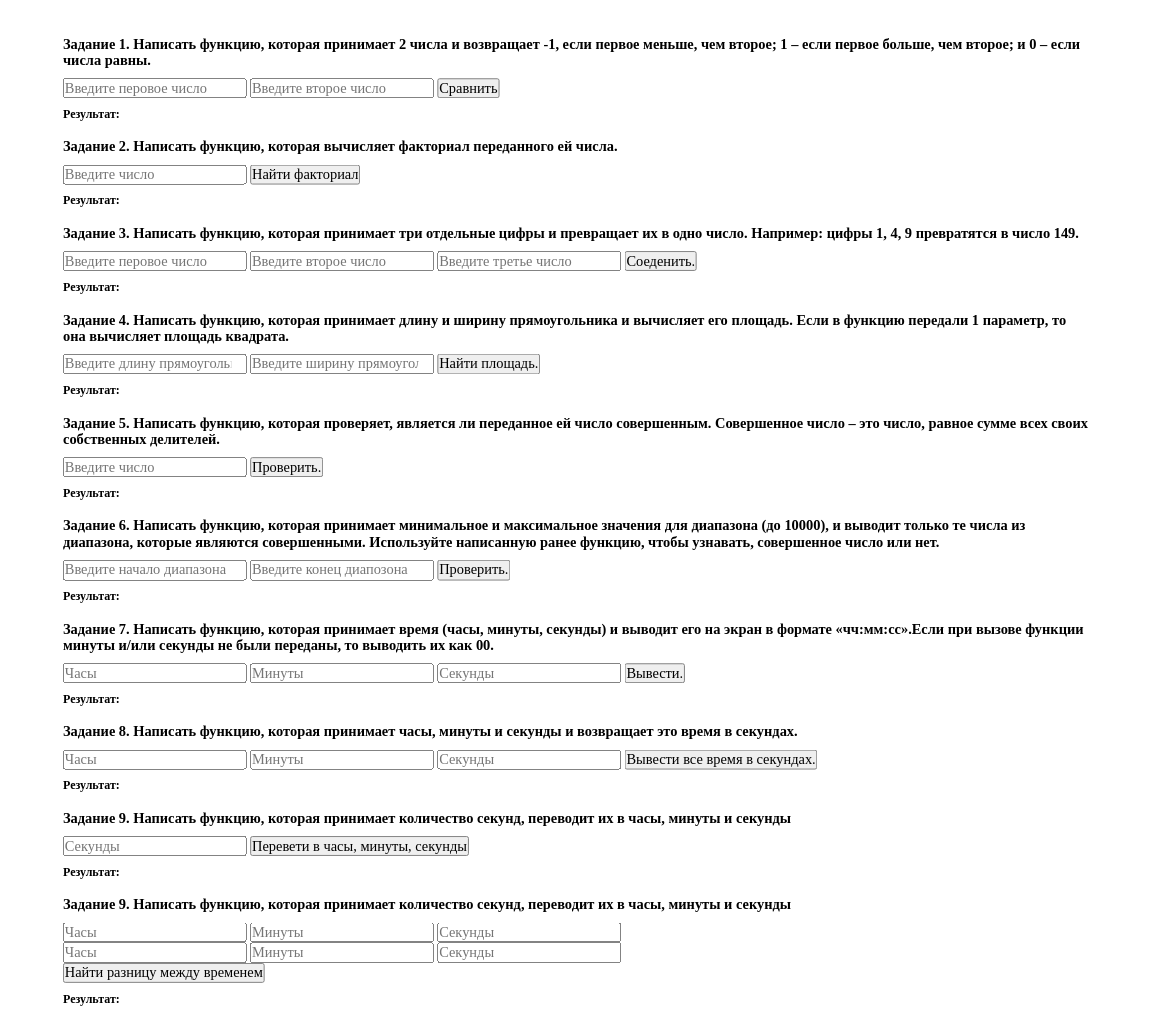
Repository: NastyaGavrilova/Beetroot-js
Page: HW3/index.html
An editor plug-in stored every save of this project. The page is shown before and after the next save, followed by the edit.
The browser window is 1280 px wide. The pictures show the whole page, at 90% of full size.

Above is the page before, as saved 2021-10-18 18:39:22.

### HW3/index.html
<!DOCTYPE html>
<html lang="en">
  <head>
    <meta charset="UTF-8" />
    <meta http-equiv="X-UA-Compatible" content="IE=edge" />
    <meta name="viewport" content="width=device-width, initial-scale=1.0" />
    <link
      rel="stylesheet"
      href="https://cdnjs.cloudflare.com/ajax/libs/normalize/8.0.1/normalize.min.css"
      integrity="sha512-NhSC1YmyruXifcj/KFRWoC561YpHpc5Jtzgvbuzx5VozKpWvQ+4nXhPdFgmx8xqexRcpAglTj9sIBWINXa8x5w=="
      crossorigin="anonymous"
      referrerpolicy="no-referrer"
    />
    <link rel="stylesheet" href="./index.css" />
    <title>Functions</title>
  </head>
  <body>
    <section class="c-task-one">
      <h4 class="c-task-one__title c-title">
        Задание 1. Написать функцию, которая принимает 2 числа и возвращает -1,
        если первое меньше, чем второе; 1 – если первое больше, чем второе; и 0
        – если числа равны.
      </h4>
      <form
        action="#"
        method="post"
        class="c-task-one__form c-form"
        id="js-task1-form"
      >
        <input
          type="number"
          id="js-task1-input1"
          placeholder="Введите перовое число"
        />
        <input
          type="number"
          id="js-task1-input2"
          placeholder="Введите второе число"
        />
        <button id="js-task1-btn">Сравнить</button>
      </form>
      <h5>Результат: <span id="js-task1-span"></span></h5>
    </section>

    <section class="c-task-two c-tasks">
      <h4 class="c-task-two__title c-title">
        Задание 2. Написать функцию, которая вычисляет факториал переданного ей
        числа.
      </h4>
      <form
        action="#"
        method="post"
        class="c-task-two__form c-form"
        id="js-task2-form"
      >
        <input type="number" id="js-task2-input1" placeholder="Введите число" />
        <button id="js-task2-btn">Найти факториал</button>
      </form>
      <h5>Результат: <span id="js-task2-span"></span></h5>
    </section>

    <section class="c-task-three c-tasks">
      <h4 class="c-task-third__title c-title">
        Задание 3. Написать функцию, которая принимает три отдельные цифры и
        превращает их в одно число. Например: цифры 1, 4, 9 превратятся в число
        149.
      </h4>
      <form
        action="#"
        method="post"
        class="c-task-two__form c-form"
        id="js-task3-form c-form"
      >
        <input
          type="number"
          id="js-task3-input1"
          placeholder="Введите перовое число"
        />
        <input
          type="number"
          id="js-task3-input2"
          placeholder="Введите второе число"
        />
        <input
          type="number"
          id="js-task3-input3"
          placeholder="Введите третье число"
        />
        <button id="js-task3-btn">Соеденить.</button>
      </form>
      <h5>Результат: <span id="js-task3-span"></span></h5>
    </section>

    <section class="c-task-four c-tasks">
      <h4 class="c-task-four__title c-title">
        Задание 4. Написать функцию, которая принимает длину и ширину
        прямоугольника и вычисляет его площадь. Если в функцию передали 1
        параметр, то она вычисляет площадь квадрата.
      </h4>
      <form
        action="#"
        method="post"
        class="c-task-four__form c-form"
        id="js-task4-form"
      >
        <input
          type="number"
          id="js-task4-input1"
          placeholder="Введите длину прямоугольника"
        />
        <input
          type="number"
          id="js-task4-input2"
          placeholder="Введите ширину прямоугольника"
        />
        <button id="js-task4-btn">Найти площадь.</button>
      </form>
      <h5>Результат: <span id="js-task4-span"></span></h5>
    </section>

    <section class="c-task-five c-tasks">
      <h4 class="c-task-five__title c-title">
        Задание 5. Написать функцию, которая проверяет, является ли переданное
        ей число совершенным. Совершенное число – это число, равное сумме всех
        своих собственных делителей.
      </h4>
      <form
        action="#"
        method="post"
        class="c-task-five__form c-form"
        id="js-task5-form"
      >
        <input type="number" id="js-task5-input1" placeholder="Введите число" />
        <button id="js-task5-btn">Проверить.</button>
      </form>
      <h5>Результат: <span id="js-task5-span"></span></h5>
    </section>

    <section class="c-task-six c-tasks">
      <h4 class="c-task-six__title c-title">
        Задание 6. Написать функцию, которая принимает минимальное и
        максимальное значения для диапазона (до 10000), и выводит только те
        числа из диапазона, которые являются совершенными. Используйте
        написанную ранее функцию, чтобы узнавать, совершенное число или нет.
      </h4>
      <form
        action="#"
        method="post"
        class="c-task-six__form c-form"
        id="js-task6-form"
      >
        <input
          type="number"
          id="js-task6-input1"
          placeholder="Введите начало диапазона"
        />
        <input
          type="number"
          id="js-task6-input2"
          placeholder="Введите конец диапозона"
        />
        <button id="js-task6-btn">Проверить.</button>
      </form>
      <h5>Результат: <span id="js-task6-span"></span></h5>
    </section>

    <section class="c-task-seven c-tasks">
      <h4 class="c-task-seven__title c-title">
        Задание 7. Написать функцию, которая принимает время (часы, минуты,
        секунды) и выводит его на экран в формате «чч:мм:сс».Если при вызове
        функции минуты и/или секунды не были переданы, то выводить их как 00.
      </h4>
      <form
        action="#"
        method="post"
        class="c-task-seven__form c-form"
        id="js-task7-form"
      >
        <input type="number" id="js-task7-input1" placeholder="Часы" />
        <input type="number" id="js-task7-input2" placeholder="Минуты" />
        <input type="number" id="js-task7-input3" placeholder="Секунды" />
        <button id="js-task7-btn">Вывести.</button>
      </form>
      <h5>Результат: <span id="js-task7-span"></span></h5>
    </section>

    <section class="c-task-eight c-tasks">
      <h4 class="c-task-eight__title c-title">
        Задание 8. Написать функцию, которая принимает часы, минуты и секунды и
        возвращает это время в секундах.
      </h4>
      <form
        action="#"
        method="post"
        class="c-task-eight__form c-form"
        id="js-task8-form"
      >
        <input type="number" id="js-task8-input1" placeholder="Часы" />
        <input type="number" id="js-task8-input2" placeholder="Минуты" />
        <input type="number" id="js-task8-input3" placeholder="Секунды" />
        <button id="js-task8-btn">Вывести все время в секундах.</button>
      </form>
      <h5>Результат: <span id="js-task8-span"></span></h5>
    </section>
    <section class="c-task-nine c-tasks">
      <h4 class="c-task-nine__title c-title">
        Задание 9. Написать функцию, которая принимает количество секунд,
        переводит их в часы, минуты и секунды
      </h4>
      <form
        action="#"
        method="post"
        class="c-task-nine__form c-form"
        id="js-task9-form"
      >
        <input type="number" id="js-task9-input1" placeholder="Секунды" />
        <button id="js-task9-btn">Перевети в часы, минуты, секунды</button>
      </form>
      <h5>Результат: <span id="js-task9-span"></span></h5>
    </section>

    <section class="c-task-ten c-tasks">
      <h4 class="c-task-ten__title c-title">
        Задание 9. Написать функцию, которая принимает количество секунд,
        переводит их в часы, минуты и секунды
      </h4>
      <form
        action="#"
        method="post"
        class="c-task-ten__form c-form"
        id="js-task10-form"
      >
        <input type="number" id="js-task10-input1" placeholder="Часы" />
        <input type="number" id="js-task10-input2" placeholder="Минуты" />
        <input type="number" id="js-task10-input3" placeholder="Секунды" />
        <div class="input__wrapper">
          <input type="number" id="js-task10-input4" placeholder="Часы" />
          <input type="number" id="js-task10-input5" placeholder="Минуты" />
          <input type="number" id="js-task10-input6" placeholder="Секунды" />
        </div>

        <button id="js-task10-btn">Найти разницу между временем</button>
      </form>
      <h5>Результат: <span id="js-task10-span"></span></h5>
    </section>
    <script src="./index.js"></script>
  </body>
</html>

### HW3/index.css
* {
  box-sizing: border-box;
  padding: 0;
  margin: 0;
}

body {
  max-width: 1200px;
  margin: 0 auto;
}
.c-task-one {
  padding: 40px 30px 20px 30px;
}

.c-tasks {
  padding: 0 30px 20px 30px;
}
.c-title {
  margin-bottom: 10px;
}
.c-form {
  margin-bottom: 10px;
}
/* #js-task10-form {
  display: flex;
  flex-wrap: wrap;
}

#js-task10-input4 {
} */

### HW3/index.js
// const log = console.log;
// Task 1
let btn1 = document.getElementById("js-task1-btn");
btn1.addEventListener("click", (e) => {
  e.preventDefault();
  let task = document.getElementById("js-task1-input1");
  let task1 = document.getElementById("js-task1-input2");
  let span1 = document.getElementById("js-task1-span");
  let one = 1;
  let minusOne = -1;
  let zero = 0;
  if (task.value < task1.value) {
    return (span1.innerHTML = minusOne);
  } else if (task.value > task1.value) {
    return (span1.innerHTML = one);
  } else if (task.value == task1.value) {
    return (span1.innerHTML = zero);
  }
});

// task 2
let btn2 = document.getElementById("js-task2-btn");
btn2.addEventListener("click", (e) => {
  e.preventDefault();
  let task2 = document.getElementById("js-task2-input1");
  let span2 = document.getElementById("js-task2-span");
  let total = 1;
  for (i = task2.value; i > 1; i--) {
    total *= i;
  }
  return (span2.innerHTML = total);
});

// task 3
let btn3 = document.getElementById("js-task3-btn");
btn3.addEventListener("click", (e) => {
  e.preventDefault();
  let task3 = document.getElementById("js-task3-input1");
  let task3_1 = document.getElementById("js-task3-input2");
  let task3_2 = document.getElementById("js-task3-input3");
  let span3 = document.getElementById("js-task3-span");
  if (isNaN(task3.value, task3_1.value, task3_2.value)) {
    return (span3.innerHTML = "Введеное число не цифра");
  }
  return (span3.innerHTML = `${task3.value}${task3_1.value}${task3_2.value}`);
});

// task 4

let btn4 = document.getElementById("js-task4-btn");
btn4.addEventListener("click", (e) => {
  e.preventDefault();
  let task4 = document.getElementById("js-task4-input1");
  let task4_1 = document.getElementById("js-task4-input2");
  let span4 = document.getElementById("js-task4-span");
  let result;
  if (task4.value != "" && task4_1.value != "") {
    result = task4.value * task4_1.value;
    return (span4.innerHTML = result);
  } else if (task4.value != "" && task4_1.value == "") {
    result = Math.pow(task4.value, 2);
    return (span4.innerHTML = result);
  } else if (task4.value == "" && task4_1.value != "") {
    result = Math.pow(task4_1.value, 2);
    return (span4.innerHTML = result);
  }
});

// task 5

btn5 = document.getElementById("js-task5-btn");
btn5.addEventListener("click", (e) => {
  e.preventDefault();
  let task5 = document.getElementById("js-task5-input1");
  let span5 = document.getElementById("js-task5-span");
  let num = task5.value;
  let sum = 0;
  for (var i = 1; i <= num - 1; i++) {
    if (num % i === 0) {
      sum += i;
    }
  }
  if (sum == num) {
    return (span5.innerHTML = `Число ${num} совершенное`);
  } else {
    return (span5.innerHTML = `Число ${num} не совершенное`);
  }
});

// task 6

let btn6 = document.getElementById("js-task6-btn");
btn6.addEventListener("click", (e) => {
  e.preventDefault();
  let task6 = document.getElementById("js-task6-input1");
  let task6_1 = document.getElementById("js-task6-input2");
  let span6 = document.getElementById("js-task6-span");
  let num6 = task6.value;
  let num6_1 = task6_1.value;
  let result = [];

  for (let i = num6; i < num6_1; i++) {
    sum = 0;
    for (let n = 1; n <= i / 2; n++) {
      if (i % n === 0) sum += n;
    }
    if (i === sum) result.push(i);
  }
  return (span6.innerHTML = result);
});

//task 7

let btn7 = document.getElementById("js-task7-btn");
btn7.addEventListener("click", (e) => {
  e.preventDefault();

  let task7 = document.getElementById("js-task7-input1");
  let task7_1 = document.getElementById("js-task7-input2");
  let task7_2 = document.getElementById("js-task7-input3");
  let span7 = document.getElementById("js-task7-span");

  if (task7.value != "" && task7_1.value != "" && task7_2.value != "") {
    return (span7.innerHTML = `«${task7.value}:${task7_1.value}:${task7_2.value}»`);
  } else if (task7.value != "" && task7_1.value != "" && task7_2.value == "") {
    return (span7.innerHTML = `«${task7.value}:${task7_1.value}:00»`);
  } else if (task7.value != "" && task7_1.value == "" && task7_2.value != "") {
    return (span7.innerHTML = `«${task7.value}:00:${task7_2.value}»`);
  } else if (task7.value != "" && task7_1.value == "" && task7_2.value == "") {
    return (span7.innerHTML = `«${task7.value}:00:00»`);
  }
});

// task 8

let btn8 = document.getElementById("js-task8-btn");
btn8.addEventListener("click", (e) => {
  e.preventDefault();
  let task8 = document.getElementById("js-task8-input1");
  let hour = task8.value;
  let task8_1 = document.getElementById("js-task8-input2");
  let minutes = task8_1.value;
  let task8_2 = document.getElementById("js-task8-input3");
  let sec = task8_2.value;
  let span8 = document.getElementById("js-task8-span");

  let result = hour * 3600 + minutes * 60 + sec * 1;
  console.log(result);
  return (span8.innerHTML = result + " секунд");
});

// 9

let btn9 = document.getElementById("js-task9-btn");
btn9.addEventListener("click", (e) => {
  e.preventDefault();
  let task9 = document.getElementById("js-task9-input1");
  let span9 = document.getElementById("js-task9-span");
  let num9 = Number(task9.value);
  let h = Math.floor(num9 / 3600);
  let m = Math.floor((num9 % 3600) / 60);
  let s = Math.floor((num9 % 3600) % 60);

  let hDisplay = h > 0 ? h + ":" : "";
  let mDisplay = m > 0 ? m + ":" : "";
  let sDisplay = s > 0 ? s : "";

  return (span9.innerHTML = "«" + hDisplay + mDisplay + sDisplay + "»");
});

After the next save:
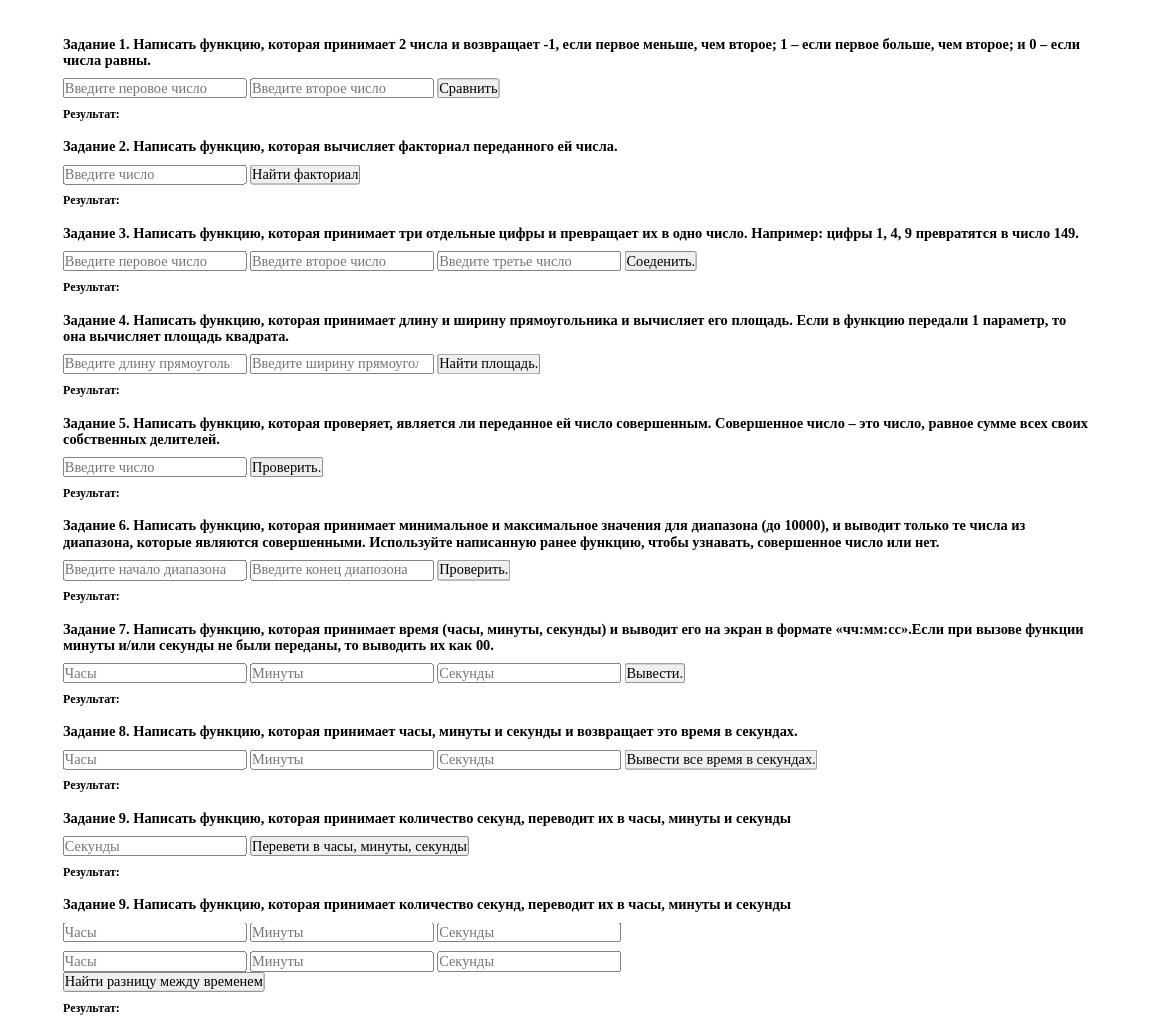
Saved 24 s later.
--- a/HW3/index.css
+++ b/HW3/index.css
@@ -21,10 +21,7 @@ body {
 .c-form {
   margin-bottom: 10px;
 }
-/* #js-task10-form {
-  display: flex;
-  flex-wrap: wrap;
+
+.input__wrapper {
+  margin-top: 10px;
 }
-
-#js-task10-input4 {
-} */
